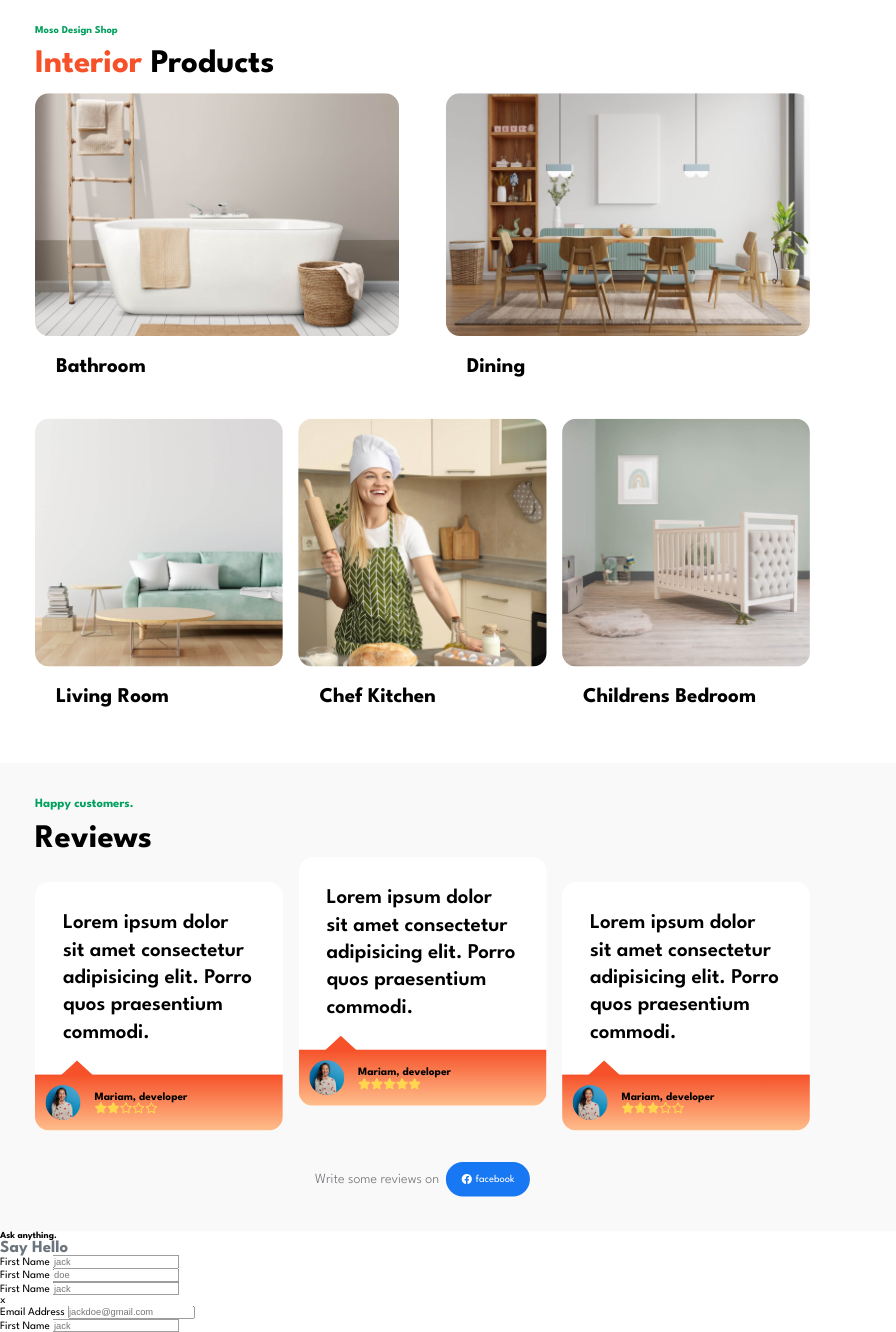
Repository: mariamnabil23/furniture
Page: index.html
These files come from the project's save history. The page is drawn as it stood at one moment and after a run of saves; the edit follows.
The browser window is 1280 px wide. The pictures show the part of the page from y = 2033 to 3953 px (the page is 3936 px tall before and 3953 px after), at 70% of full size.
Some web fonts or font styles are not loaded; a fallback is used.

Above is the page before, as saved 2024-10-31 11:13:52.

After the next 2 saves:
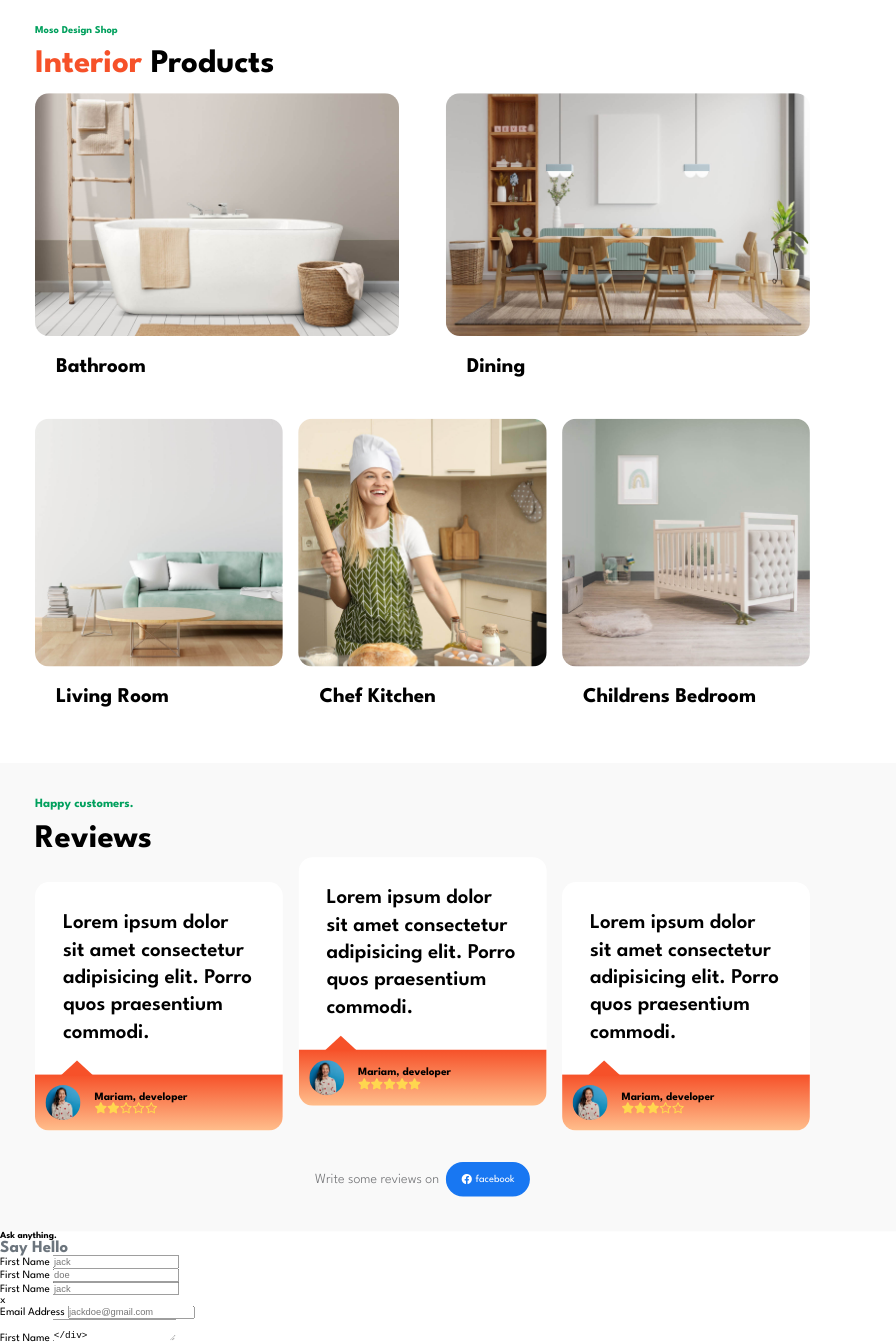
The 2 saves are shown as one change because they came seconds apart.
The last was saved 12 s later.
--- a/index.html
+++ b/index.html
@@ -228,7 +228,7 @@
                         </div>
                         <div>
                             <label>First Name</label>
-                            <input type="text" placeholder="jack">
+                            <textarea>
                         </div>
                     </form>
                 </div>
